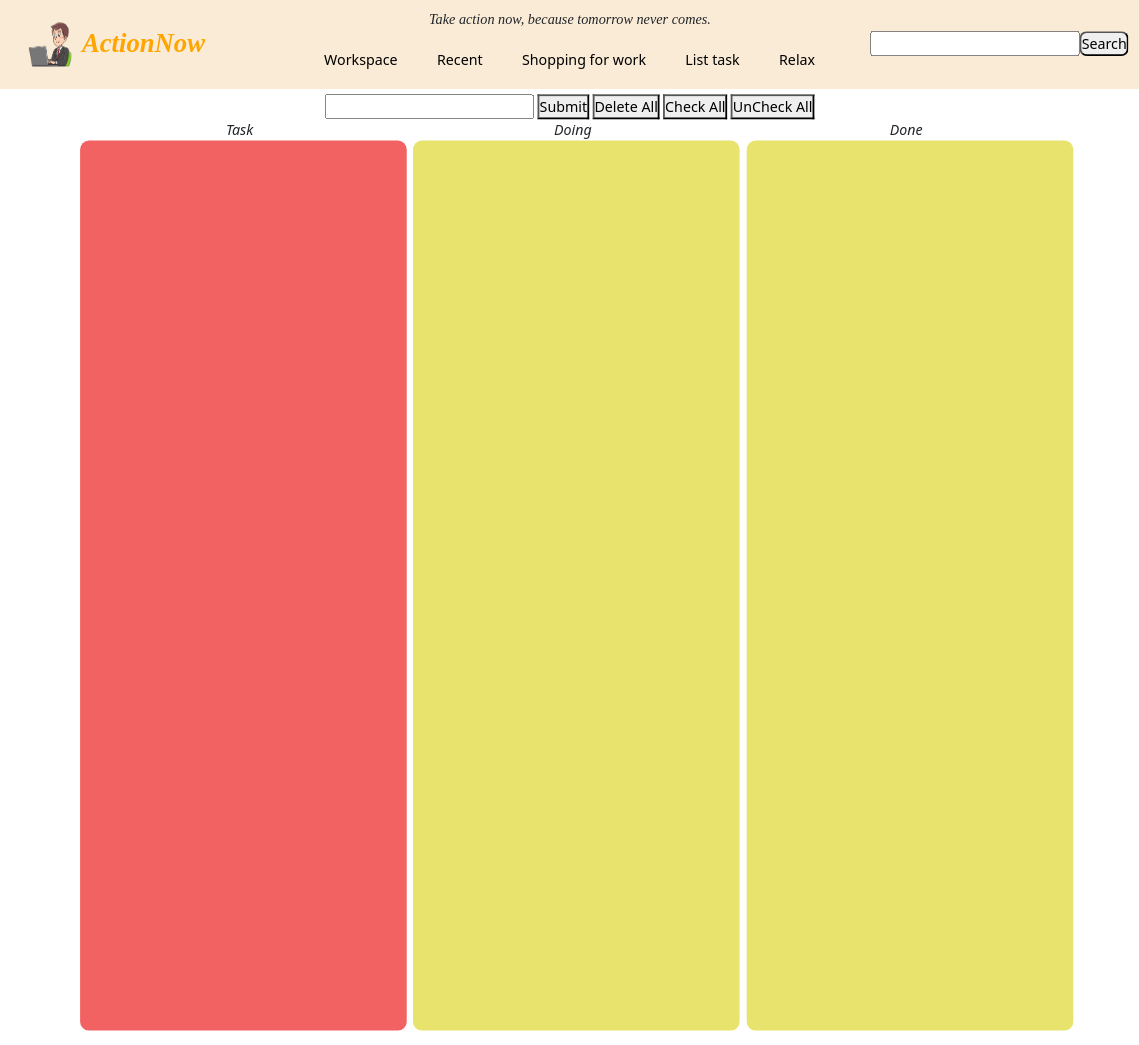
Repository: huavantinh/todo
Page: index.html
These files come from the project's save history. The page is drawn as it stood at one moment and after the next save; the edit follows.
The browser window is 1280 px wide. The pictures show the whole page, at 89% of full size.

Above is the page before, as saved 2023-04-07 09:58:48.

### index.html
<!DOCTYPE html>
<html lang="en">

<head>
  <meta charset="UTF-8" />
  <meta http-equiv="X-UA-Compatible" content="IE=edge" />
  <meta name="viewport" content="width=device-width, initial-scale=1.0" />
  <title>Document</title>
  <link rel="stylesheet" href="./css/style.css" />
  <link rel="stylesheet" href="https://cdn.jsdelivr.net/npm/bootstrap@5.2.3/dist/css/bootstrap.min.css"
    integrity="sha384-rbsA2VBKQhggwzxH7pPCaAqO46MgnOM80zW1RWuH61DGLwZJEdK2Kadq2F9CUG65" crossorigin="anonymous" />
</head>

<body>
  <nav class="nav-bar navbar navbar-default">
    <div class="container-fluid">
      <div class="brand">
        <!-- line1top -->
        <img src="./css/img/logo-brand.png" alt="Brand" />
        <i id="i1">ActionNow</i>
        <i id="i2">Take action now, because tomorrow never comes.</i>
        <!-- search  -->
        <div class="search-box">
          <input type="text" />
          <button>Search</button>
        </div>
      </div>
      <!-- menu  -->
      <div class="nav-menu">
        <div class="list-menu">
          <a href="">Workspace</a>
          <a href="">Recent</a>
          <a href="">Shopping for work</a>
          <a href="">List task</a>
          <a href="">Relax</a>
        </div>
      </div>
    </div>
  </nav>
  <div>

    <div class="container">
      <div class="add">
        <div class="box-add">
          <div class="d-inline-block position-relative">
            <input id="input-sub" type="text" />
            <span style="
                  color: #656966;
                  font-size: 10px;
                  position: absolute;
                  bottom: 0;
                  right: 0;
                " class="message" id="new-task-message">Please enter new task!</span>
          </div>

          <button id="button-submit" onclick="submit()">Submit</button>
          <button id="delete" onclick="deleteAll()">Delete All</button>
          <button id="checkall" onclick="checkAll(this)">Check All</button>
          <button id="uncheckall" onclick="unCheckAll(this)">
            UnCheck All
          </button>
        </div>
      </div>
      <div class="table">
        <div class="tasklist col-list">
          <i id="i1">Task</i>
          <div id="products" class="col-item col-1"></div>
        </div>

        <div class="doinglist col-list">
          <i id="i2">Doing</i>
          <div id="idoing" class="col-item col-2"></div>
        </div>

        <div class="donelist col-list">
          <i id="i3">Done</i>
          <div id="idoing" class="col-item col-3"></div>
        </div>

      </div>
    </div>
  </div>
  </div>

  <script src="https://code.jquery.com/jquery-3.6.4.min.js"
    integrity="sha256-oP6HI9z1XaZNBrJURtCoUT5SUnxFr8s3BzRl+cbzUq8=" crossorigin="anonymous"></script>
  <script type="text/javascript" src="https://cdn.jsdelivr.net/npm/bootstrap@5.2.3/dist/js/bootstrap.min.js"></script>
  <script src="./app.js"></script>
</body>

</html>

### css/style.css
/* resetcss */
*{
    padding: 0;
    margin: 0;
}

/* Nav */
.container-fluid{
    position: fixed;
    top: 0;
    left: 0;
    right: 0;
    z-index: 99999;
    background-color: antiquewhite;
}


.brand{
    position: relative;
    display: flex;
    width: 100%;
    height: 50px;
}
.nav-menu{
    display: flex;
    justify-content: center;
    width: 100%;
    height: 50px;
    border-radius: 10px;
}
.nav-menu .list-menu{
    position: absolute;
    justify-content: center;
    align-items: center;
    margin-top: 5px;
}
.nav-menu .list-menu a{
    color: black;
    text-decoration: none;
    font-family: inherit;
    font-weight: 450;
    margin: 0 20px;
}
.brand .search-box{
    justify-content: center;
    align-items: center;
    position: absolute;
    right: 0;
    top: 70%;
    display: flex;
    border: none;
    cursor: pointer;
}

.search-box button {
    border-radius: 8px;
}

.search-box button:hover {
    background-color:orange;;
    border-radius: 8px;
}
.brand img {
    position: relative;
    left: 20px;
    position: relative;
    top: 50%;
    width: 50px;
    height: 50px;
    border-color: orange;
}
.brand #i1{
    position: relative;
    left: 20px;
    top: 30%;
    margin: 10px;
    float: left;
    width: 390px;
    max-width: 400px;
    font-size: 30px;
    color: orange;
    font-family: cursive;
    font-weight: 700;
}

.brand #i2{
    justify-content: center;
    align-items: center;
    margin: 10px;
    width: 390px;
    max-width: 400px;
    font-family: cursive;
    font-weight: 500;
}

body{
    position: relative;
    padding-top: 90px;
}


/* content  */
.add  {
    display: flex;
}
.box-add{
    margin: auto ;
}

.message
{
    display: none;
}
.error-message {
    display: inline;;
}

.table {
    display: flex;
    width: 100%;
    position: relative;
}

.table .col-list {
    width: 100% / 3;

}

.table .col-item {
    display: flex;
    float: left;
    width: calc(1116px / 3 - 5px );
    height: 1000px;
    justify-content: center;
    background-color: rgb(231, 227, 108);
    border-radius: 10px;
    margin-left: 7.5px;
}

.table .col-list i {
    display: block;
    text-align: center;;
}

.tasklist #products {
    float: left;
    border-radius: 10px;
    width: calc(1116px / 3 - 5px );
    justify-content: center;
    background-color: rgb(243, 98, 98);
    display: inline;
}

#products .product1 {
    position: relative;
    margin-left: 10px;
    border-bottom: 1px solid #636363 ;
    height: 30px;
    align-items: center;
    display: flex;
}
#products .product1 .taskname{
    position: absolute;
    text-overflow: clip;
    display: block;
    width: 75%;
    top: 2px;
}

.checkbox {
    position: absolute;
    margin-right: 10px;
    color: aquamarine;
    right: 70px;
    top: 8px;
}

.product1 button {
    border-radius: 10px;
    background-color: #d6d6d6;
    max-height: 90%;
    position: absolute;
    margin-left: 280px;
}

### app.js
let todos =
  localStorage && localStorage.getItem("todolist")
    ? JSON.parse(localStorage.getItem("todolist"))
    : [];

function submit() {
  let textBox = document.getElementById("input-sub");
  let content = textBox.value;
  let randId = Math.random(); // 0.1235
  document.getElementById("new-task-message").classList.add("error-message");
  if (content == "") {
    onkeydown = function () {
      document
        .getElementById("new-task-message")
        .classList.remove("error-message");
    };
    return;
  } else {
    addContent(content, randId);

    textBox.value = "";

    //f5 =>
    todos.push(content);
    setstorages()
  }
}

function setstorages() {
  localStorage && localStorage.setItem("todolist", JSON.stringify(todos));
}

function addContent(content, randId) {
  document.getElementById("new-task-message").classList.remove("error-message");

  $("#products").append(
    '<div style="color: black" class="product1" id="row' + randId + '">' +
      '<div class="taskname">' + content + '</div>' +
      '<div class="checkbox-item"><input id="' +
      '"  class="checkbox" type="checkbox"  onclick="checkItem(event)"/></div> <button class"delete-item" onclick="deleteItem(event)">Delete</button>' +
      "</div>"
  );
}

function deleteAll() {
  var products = document.getElementById("products");
  products.innerHTML = "";
}

function checkAll() {
  var checkboxes = document.getElementsByClassName("checkbox");
  for (var checkbox of checkboxes) {
    checkbox.checked = true;
    checkbox.closest("div").parentNode.style.color = "red";
  }
}

function unCheckAll() {
  var checkboxes = document.getElementsByClassName("checkbox");
  for (var checkbox of checkboxes) {
    checkbox.checked = false;
    checkbox.closest("div").parentNode.style.color = "orange";
  }
}
var textBox2 = document.getElementById("input-sub");
textBox2.addEventListener("keyup", function (event) {
  if (event.keyCode === 13) {
    submit();
  }
});

function deleteItem(event) {
  var products = document.getElementById("products");
  var arraypro= document.getElementsByClassName("product1");
  var div = event.currentTarget.parentNode;
  console.log(div)
  // debugger;
  // console.log(idiv);
  let index1 = Array.prototype.indexOf.call(arraypro, div );
  // let index = todos.indexOf(tex)
  let index2 = Array.prototype.indexOf.call(todos, index1);
  // console.log(index);
  console.log(index2);

  todos.splice(index2,1);
  products.removeChild(div);
  setstorages()
}


function checkItem(event) {
  var currenti = event.currentTarget;
  var color = currenti.checked ? "red" : "orange";
  var bgcolor = currenti.checked ? "blue" : "";
  currenti.closest("div").parentNode.style.color = color;
  currenti.closest("div").parentNode.style.backgroundColor = bgcolor;
}

document.addEventListener("DOMContentLoaded", function () {
  if (Array.isArray && todos.length > 0) {
    todos.forEach(function printlocal(content, index) {
      addContent(content, index);
    });
  }
});

After the next save:
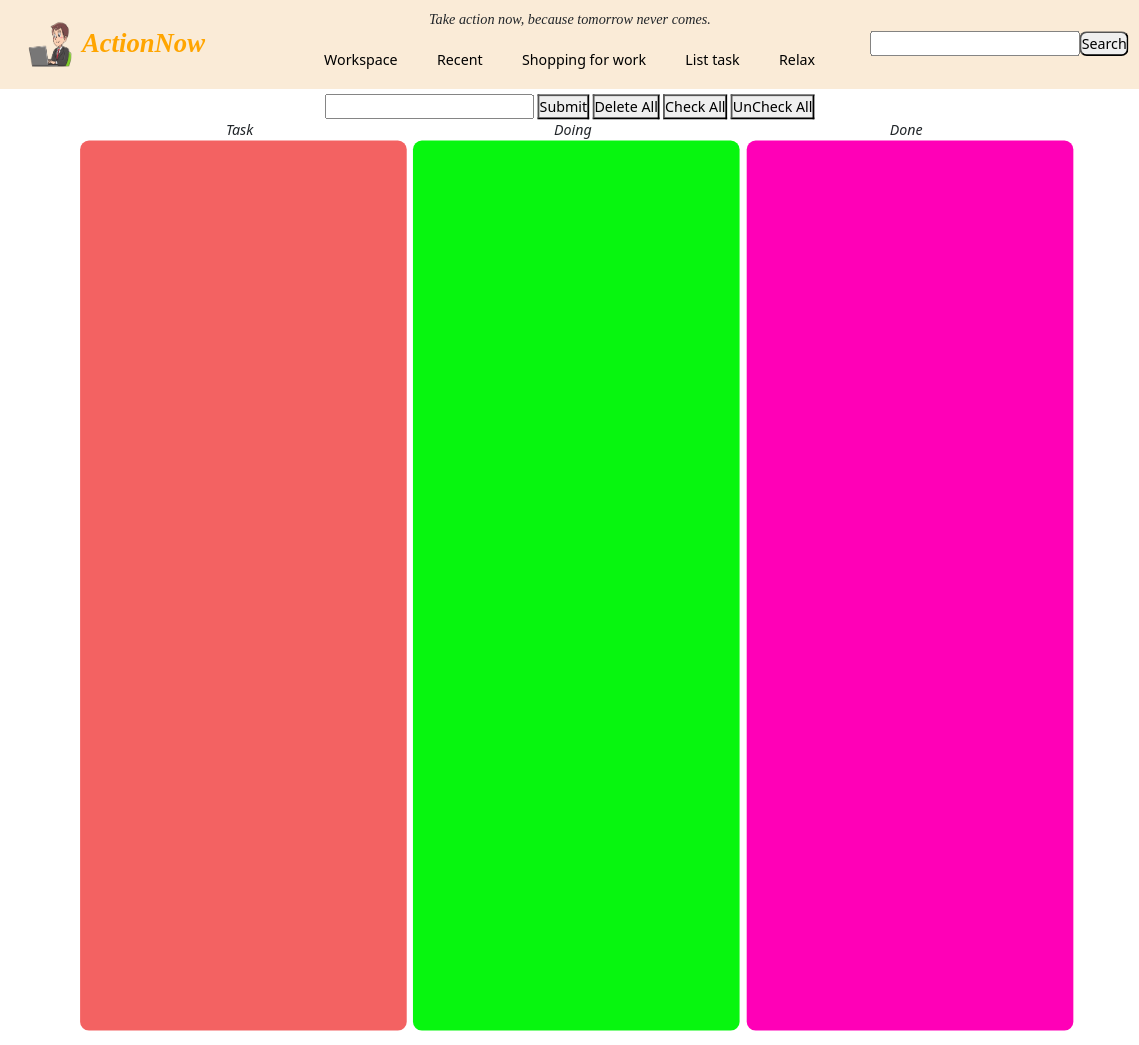
Saved 72 s later.
--- a/css/style.css
+++ b/css/style.css
@@ -137,6 +137,15 @@ body{
     margin-left: 7.5px;
 }
 
+.table .col-2 {
+    background-color: rgb(7, 246, 15);
+}
+
+.table .col-3 {
+    background-color: rgb(255, 0, 183);
+}
+
+
 .table .col-list i {
     display: block;
     text-align: center;;
